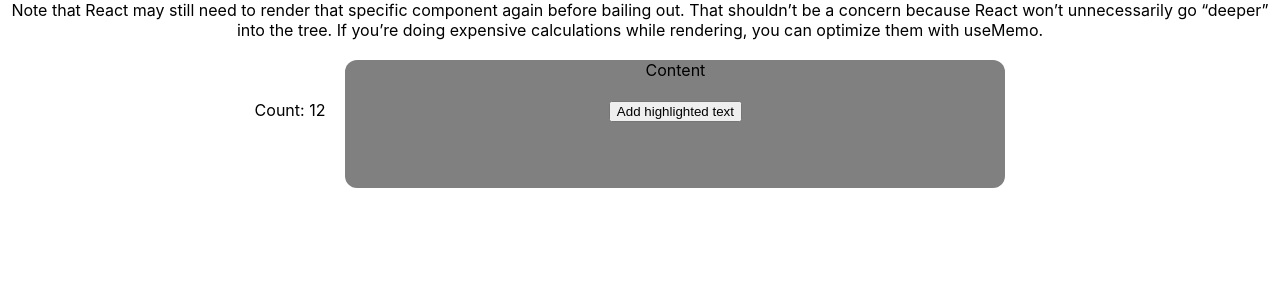
Repository: Farbod29/React-text-highlighter-with-hook-
Page: /
These files come from the project's save history. The page is drawn as it stood at one moment and after the next save; the edit follows.
The browser window is 1280 px wide. The pictures show the whole page.
The project was rebuilt for these pictures with package versions that can differ from the ones it lists, and the page was loaded fresh each time.

Above is the page before, as saved 2022-02-18 21:26:42.

After the next save:
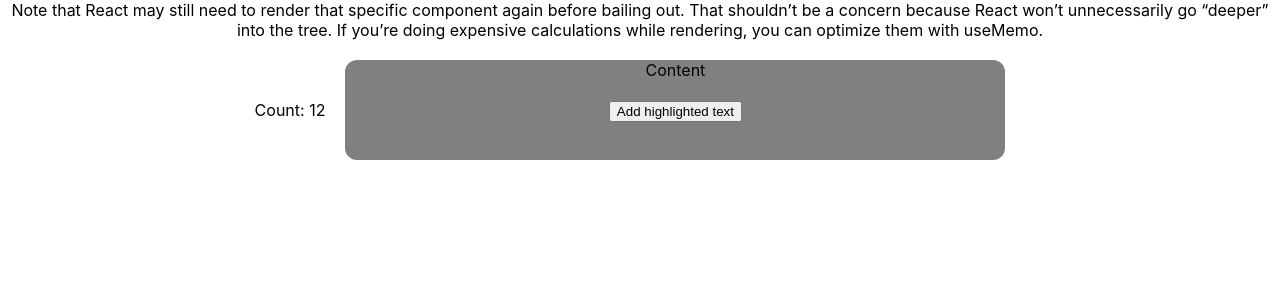
Saved 13 s later.
--- a/src/highlighter.js
+++ b/src/highlighter.js
@@ -21,7 +21,7 @@ export default function Highlighter() {
       <div
         style={{
           padding: '0px 10px',
-          height: '10vw',
+          height: '100px',
           width: '50vw',
           margin: '20px',
           borderRadius: '12px',
